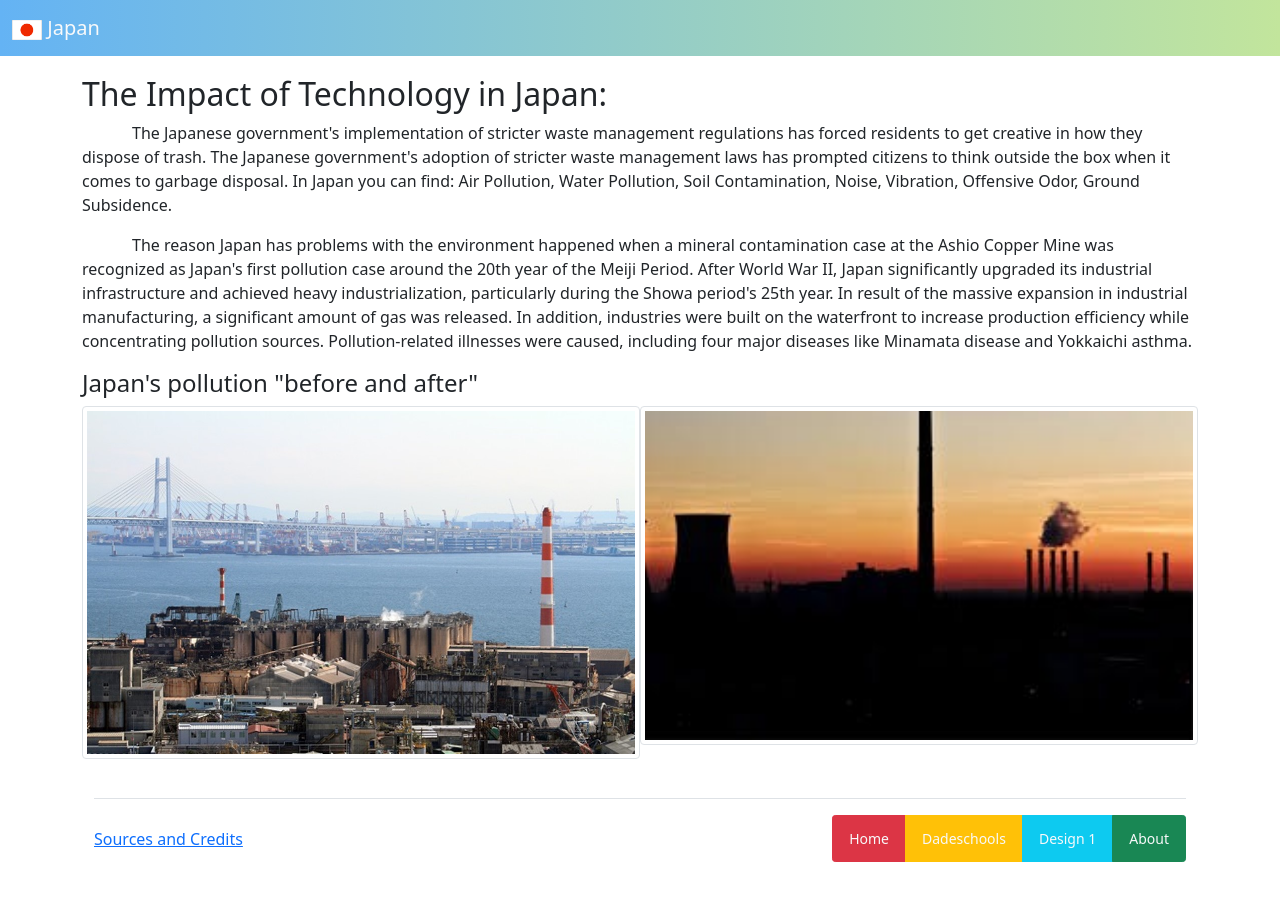
Repository: mrchilliballs/mrchilliballs.github.io
Page: untitled-2.html
An editor plug-in stored every save of this project. The page is shown before and after the next save, followed by the edit.
The browser window is 1280 px wide. The pictures show the whole page.

Above is the page before, as saved 2021-09-03 16:05:19.

### untitled-2.html
<!DOCTYPE html>
<html lang="en">
<head>
    <meta charset="UTF-8">
    <meta http-equiv="X-UA-Compatible" content="IE=edge">
    <!-- CSS only -->
<link href="https://cdn.jsdelivr.net/npm/bootstrap@5.1.0/dist/css/bootstrap.min.css" rel="stylesheet" integrity="sha384-KyZXEAg3QhqLMpG8r+8fhAXLRk2vvoC2f3B09zVXn8CA5QIVfZOJ3BCsw2P0p/We" crossorigin="anonymous">
    <meta name="viewport" content="width=device-width, initial-scale=1.0">
    <title>Document</title>
    <style>
@keyframes AnimationName {
    0%{background-position:0% 50%}
    50%{background-position:100% 50%}
    100%{background-position:0% 50%}
}
#navabr {
    animation: AnimationName 1s ease infinite !important;
    background: #c2e59c;  /* fallback for old browsers */
    background: -webkit-linear-gradient(to right, #64b3f4, #c2e59c);  /* Chrome 10-25, Safari 5.1-6 */
    background: linear-gradient(to right, #64b3f4, #c2e59c); /* W3C, IE 10+/ Edge, Firefox 16+, Chrome 26+, Opera 12+, Safari 7+ */
}
    </style>
</head>
<body>
    <nav class="navbar navbar-light bg-light fixed-top" id="navabr">
        <div class="container-fluid">
          <a class="navbar-brand" href="#">
            <img src="japan.gif" alt="" width="30" height="20 class="d-inline-block align-text-top">
            <span class="text-light">Japan</span>
          </a>
        </div>
      </nav>
    <main class="container">
<h2 style="margin-top:75px;">The Impact of Technology in Japan:</h2>
	<p style="text-indent: 50px;">The Japanese government's implementation of stricter waste management regulations has forced residents to get creative in how they dispose of trash. The Japanese government's adoption of stricter waste management laws has prompted citizens to think outside the box when it comes to garbage disposal. In Japan you can find: Air Pollution, Water Pollution, Soil Contamination, Noise, Vibration, Offensive Odor, Ground Subsidence.
	<br></p><p style="text-indent: 50px;">The reason Japan has problems with the environment happened when a mineral contamination case at the Ashio Copper Mine was recognized as Japan's first pollution case around the 20th year of the Meiji Period. After World War II, Japan significantly upgraded its industrial infrastructure and achieved heavy industrialization, particularly during the Showa period's 25th year. In result of the massive expansion in industrial manufacturing, a significant amount of gas was released. In addition, industries were built on the waterfront to increase production efficiency while concentrating pollution sources. Pollution-related illnesses were caused, including four major diseases like Minamata disease and Yokkaichi asthma.
    </p>
    <h4>Japan's pollution "before and after"</h4>
    <img src="Picture1.jpg" class="rounded img-thumbnail img-fluid float-start" alt="..." height="50%" width="50%">
    <img src="Picture2.jpg" class="rounded img-thumbnail img-fluid float-end" alt="..." height="50%" width="50%">
    <div style="margin-bottom: 25rem;"></div>
        <div class="container">
            <footer class="d-flex flex-wrap justify-content-between align-items-center py-3 my-4 border-top" style="">
              <div class="dropdown">
                <a class="" href="#" role="button" id="dropdownMenuLink" data-bs-toggle="dropdown" aria-expanded="false">
                  Sources and Credits
                </a>

                <ul class="dropdown-menu" aria-labelledby="dropdownMenuLink">
                  <li><a class="dropdown-item" href="https://www.world-weather-travellers-guide.com/air-pollution-in-japan.htm">Source 1</a></li>
                  <li><a class="dropdown-item" href="https://www.nytimes.com/1964/12/26/archives/tokyo-troubled-by-air-pollution-emphasis-in-smog-control-is-still.html">Source 2</a></li>
                  <li><a class="dropdown-item" href="https://creativecommons.org/licenses/by-nc/2.0/s">Source 3</a></li>
                  <li><a class="dropdown-item" href="https://encyclopedia.1914-1918 online.net/article/science_and_technology_japan ">Source 4</a></li>
                  <li><a class="dropdown-item" href="https://en.wikipedia.org/wiki/Tokyo">Source 5</a></li>
                  <li><a class="dropdown-item" href="https://en.wikipedia.org/wiki/Meiji_Restoration ">Source 6</a></li>
                </ul>
              </div>
              <a href="/" class="col-md-4 d-flex align-items-center justify-content-center mb-3 mb-md-0 me-md-auto link-dark text-decoration-none">
                <svg class="bi me-2" width="40" height="32"><use xlink:href="#bootstrap"></use></svg>
              </a>

              <ul class="nav col-md-4 justify-content-end">
                <div class="btn-group" role="group" aria-label="Basic mixed styles example">
                    <button type="button" class="btn btn-danger btn-sm"><li class="nav-item"><a href="#" class="nav-link px-2 text-light">Home</a></li></button>
                    <button type="button" class="btn btn-warning btn-sm"><li class="nav-item"><a href="https://www3.dadeschools.net" class="nav-link px-2 text-light">Dadeschools</a></li></button>
                    <button type="button" class="btn btn-info btn-sm"><li class="nav-item"><a href="index.html" class="nav-link px-2 text-light">Design 1</a></li></button>
                    <button type="button" class="btn btn-success btn-sm"><li class="nav-item"><a class="nav-link px-2 text-light" href="#" role="button" id="dropdownMenuLink" data-bs-toggle="dropdown" aria-expanded="false">About</a><ul class="dropdown-menu" aria-labelledby="dropdownMenuLink1">
                      <li class="dropdown-item">We made this website using the program language "HTML". It took us a lot of work and we hope we get a good grade on this because we did our best on this website.</li>
                    </ul></li>
                    </button>
                  </div>
              </ul>
            </footer>
          </div>
          <!-- JavaScript Bundle with Popper -->
<script src="https://cdn.jsdelivr.net/npm/bootstrap@5.1.0/dist/js/bootstrap.bundle.min.js" integrity="sha384-U1DAWAznBHeqEIlVSCgzq+c9gqGAJn5c/t99JyeKa9xxaYpSvHU5awsuZVVFIhvj" crossorigin="anonymous"></script>
    </main>
</body>
</html>

After the next save:
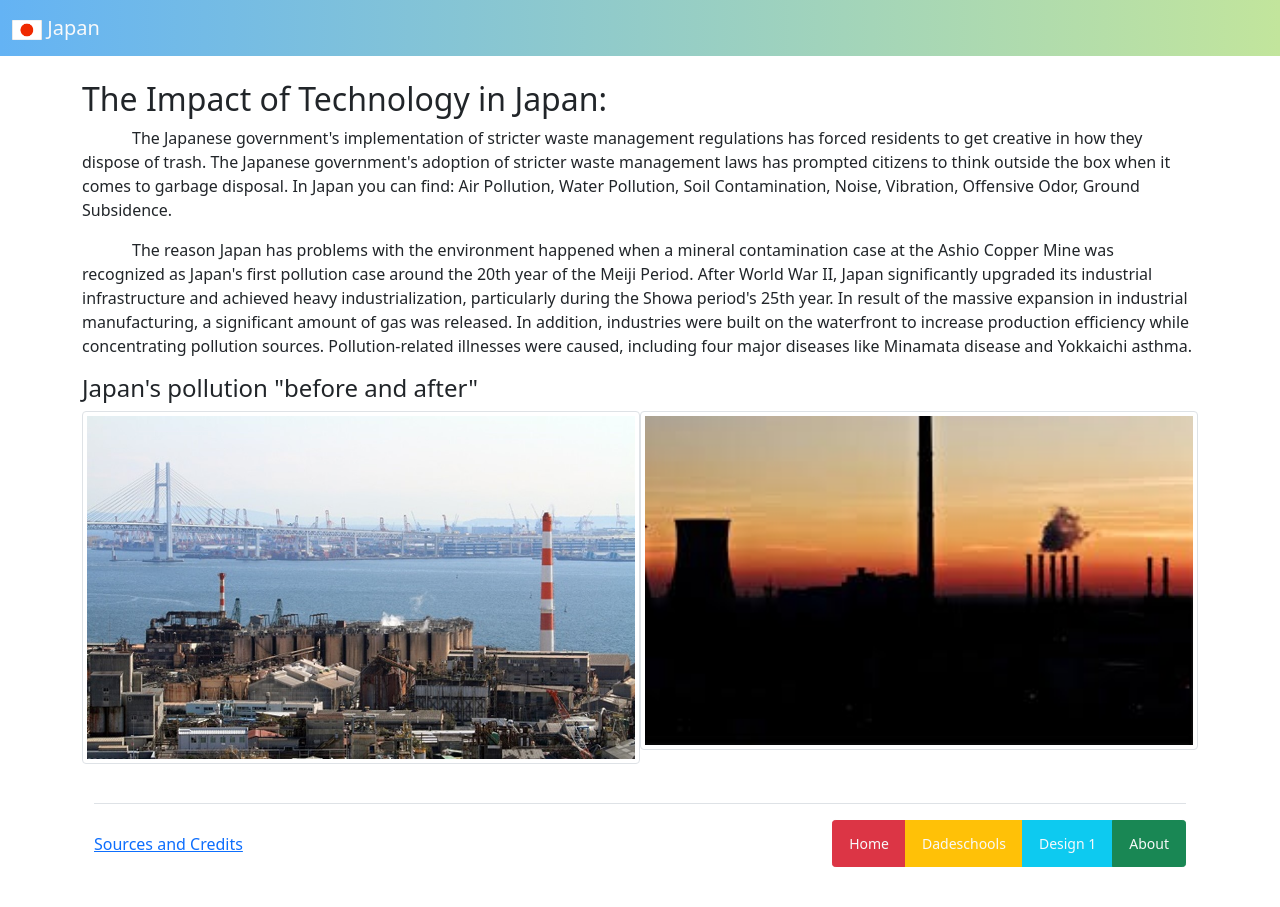
Saved 7 s later.
--- a/untitled-2.html
+++ b/untitled-2.html
@@ -31,7 +31,7 @@
         </div>
       </nav>
     <main class="container">
-<h2 style="margin-top:75px;">The Impact of Technology in Japan:</h2>
+<h2 style="margin-top:80px;">The Impact of Technology in Japan:</h2>
 	<p style="text-indent: 50px;">The Japanese government's implementation of stricter waste management regulations has forced residents to get creative in how they dispose of trash. The Japanese government's adoption of stricter waste management laws has prompted citizens to think outside the box when it comes to garbage disposal. In Japan you can find: Air Pollution, Water Pollution, Soil Contamination, Noise, Vibration, Offensive Odor, Ground Subsidence.
 	<br></p><p style="text-indent: 50px;">The reason Japan has problems with the environment happened when a mineral contamination case at the Ashio Copper Mine was recognized as Japan's first pollution case around the 20th year of the Meiji Period. After World War II, Japan significantly upgraded its industrial infrastructure and achieved heavy industrialization, particularly during the Showa period's 25th year. In result of the massive expansion in industrial manufacturing, a significant amount of gas was released. In addition, industries were built on the waterfront to increase production efficiency while concentrating pollution sources. Pollution-related illnesses were caused, including four major diseases like Minamata disease and Yokkaichi asthma.
     </p>
